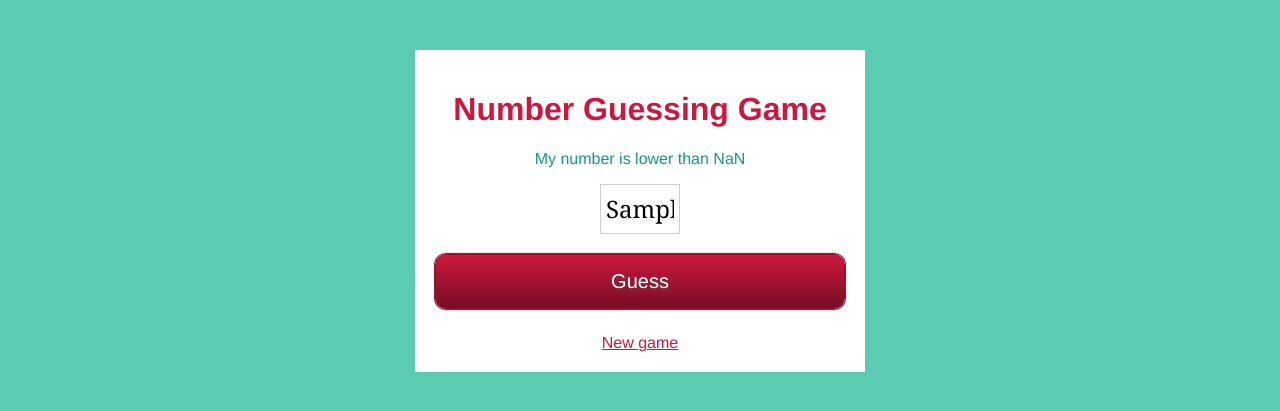
Repository: apopheny/JS230
Page: numberguesser.html
An editor plug-in stored every save of this project. The page is shown before and after the next save, followed by the edit.
The browser window is 1280 px wide. The pictures show the whole page.
Empty fields were first filled with sample values (such as "Sample", 5 or name@example.com).
After loading, the first visible `form` was submitted once.

Above is the page before, as saved 2024-01-25 17:30:15.

After the next save:
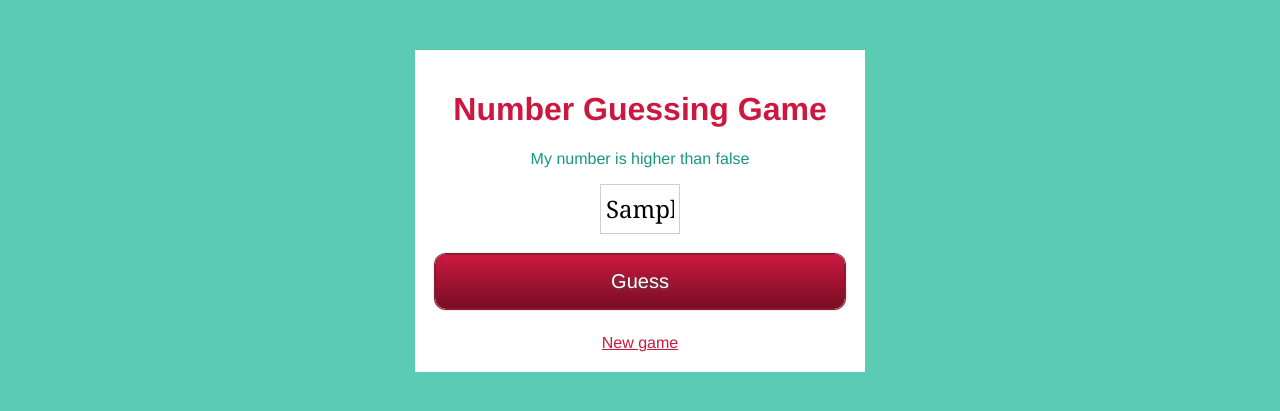
Saved 6 min 30 s later.
--- a/numberguesser.js
+++ b/numberguesser.js
@@ -1,6 +1,11 @@
 function eventDelegator () {
   function newHiddenNumber () {
     return Math.floor(Math.random() * 100) + 1;
+  }
+
+  function validateGuess (userInput) {
+    if (String(parseInt(userInput, 10)) === userInput) return true;
+    return false;
   }
 
   let answer = newHiddenNumber();
@@ -10,12 +15,14 @@ function eventDelegator () {
   function guessAndReply (event) {
     event.preventDefault();
 
-    let guess = parseInt(userGuessNode.value, 10);
+    let guess = validateGuess(userGuessNode.value) && parseInt(userGuessNode.value, 10);
+
     let message;
 
     if (guess === answer) message = 'You guessed it!';
     else if (guess < answer) message = `My number is higher than ${guess}`;
-    else message = `My number is lower than ${guess}`;
+    else if (guess > answer) message = `My number is lower than ${guess}`;
+    else message = 'Cheater, cheater! You didn\'t guess a number!';
 
     resultArea.textContent = message;
   }
